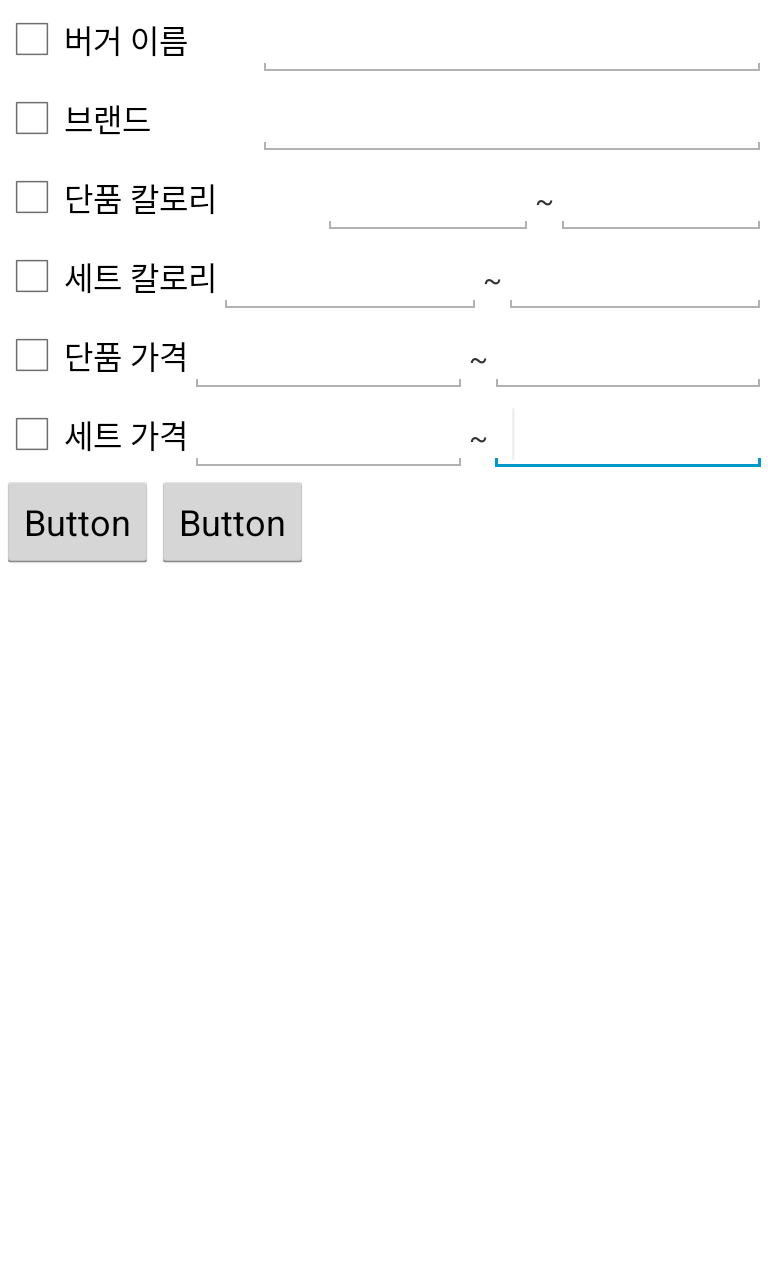
Repository: OnionLord/BurgerWIKI
Layout: burgerDicApp/BurgerDictionary/res/layout/burgersearch.xml
An editor plug-in stored every save of this project. The layout is shown before and after the next save, followed by the edit.
It is drawn on a 768 x 1280 px phone screen (xhdpi) without system bars, with theme AppTheme; the app's code is not run.

Above is the layout before, as saved 2014-11-07 14:35:20.

After the next save:
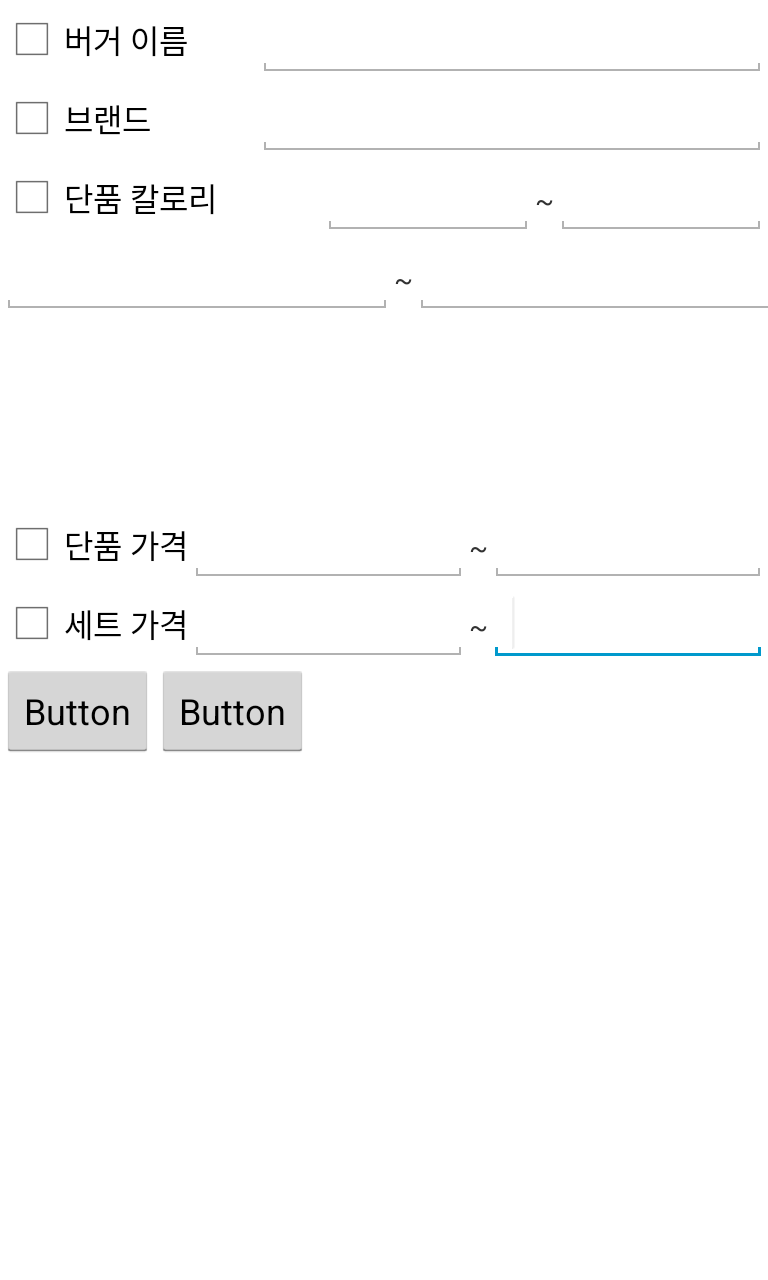
Saved 16 s later.
--- a/burgerDicApp/BurgerDictionary/res/layout/burgersearch.xml
+++ b/burgerDicApp/BurgerDictionary/res/layout/burgersearch.xml
@@ -94,7 +94,8 @@
 
         <CheckBox
             android:id="@+id/search_chk_calset"
-            android:layout_width="wrap_content"
+            android:layout_width="0dp"
+            android:layout_weight="3"
             android:layout_height="wrap_content"
             android:text="세트 칼로리" />
 
@@ -102,7 +103,7 @@
             android:id="@+id/search_calset1"
             android:layout_width="wrap_content"
             android:layout_height="wrap_content"
-            android:layout_weight="1"
+            android:layout_weight="2"
             android:ems="10" >
 
             <requestFocus />
@@ -118,7 +119,7 @@
             android:id="@+id/search_calset2"
             android:layout_width="wrap_content"
             android:layout_height="wrap_content"
-            android:layout_weight="1"
+            android:layout_weight="2"
             android:ems="10" >
 
             <requestFocus />

After the save that followed:
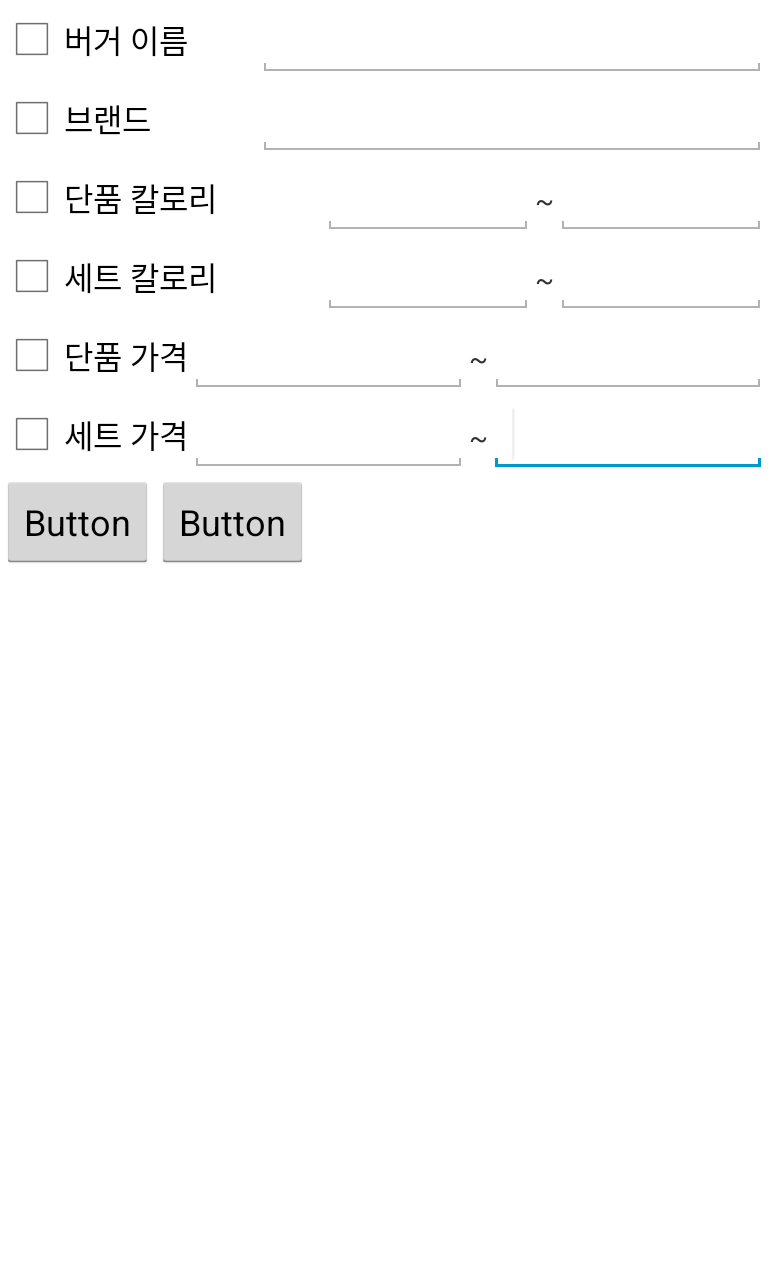
Saved 11 s later.
--- a/burgerDicApp/BurgerDictionary/res/layout/burgersearch.xml
+++ b/burgerDicApp/BurgerDictionary/res/layout/burgersearch.xml
@@ -101,7 +101,7 @@
 
         <EditText
             android:id="@+id/search_calset1"
-            android:layout_width="wrap_content"
+            android:layout_width="0dp"
             android:layout_height="wrap_content"
             android:layout_weight="2"
             android:ems="10" >
@@ -117,7 +117,7 @@
 
         <EditText
             android:id="@+id/search_calset2"
-            android:layout_width="wrap_content"
+            android:layout_width="0dp"
             android:layout_height="wrap_content"
             android:layout_weight="2"
             android:ems="10" >
